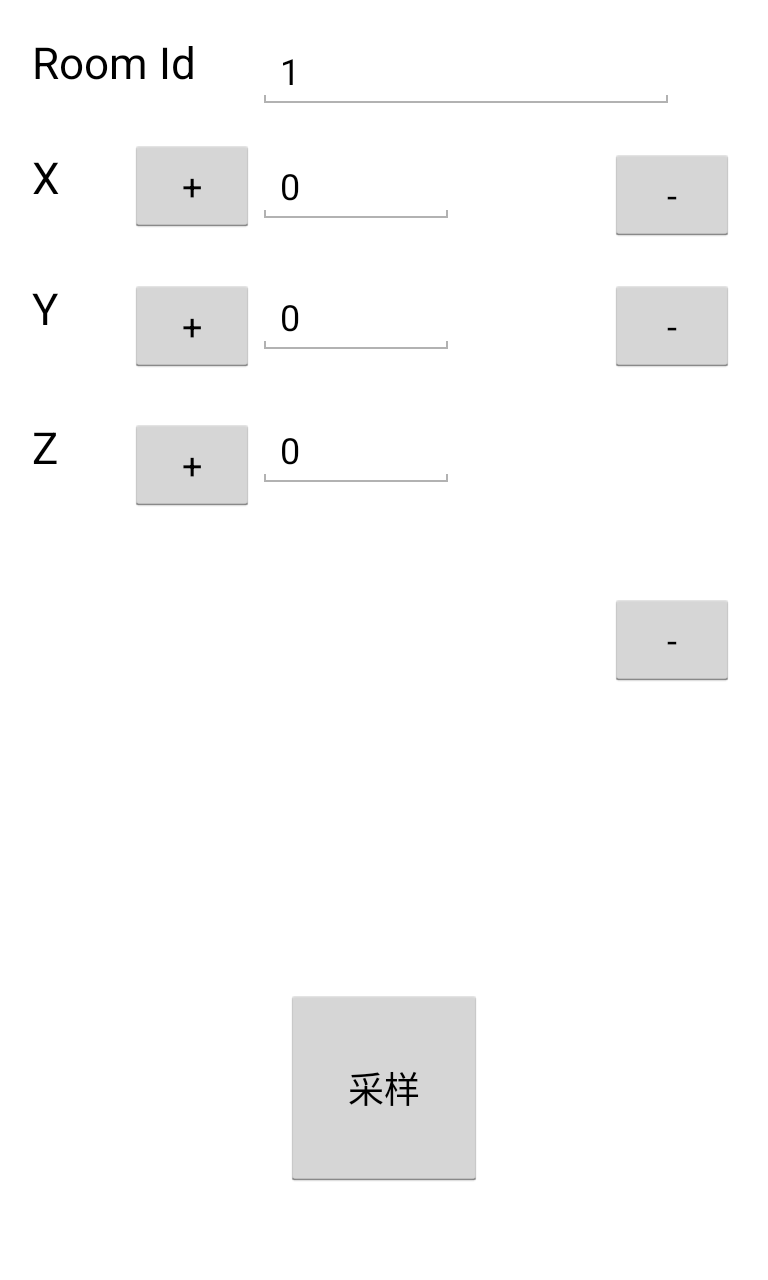
Repository: RenchuSong/tMap_Android
Layout: tmap_model_tool/res/layout/wifi_conllector.xml
An editor plug-in stored every save of this project. The layout is shown before and after a run of saves, followed by the edit.
It is drawn on a 768 x 1280 px phone screen (xhdpi) without system bars, with theme AppTheme; the app's code is not run.

Above is the layout before, as saved 2014-04-20 11:48:52.

### tmap_model_tool/res/layout/wifi_conllector.xml
<RelativeLayout xmlns:android="http://schemas.android.com/apk/res/android"
    xmlns:tools="http://schemas.android.com/tools"
    android:layout_width="match_parent"
    android:layout_height="match_parent"
    android:paddingBottom="@dimen/activity_vertical_margin"
    android:paddingLeft="@dimen/activity_horizontal_margin"
    android:paddingRight="@dimen/activity_horizontal_margin"
    android:paddingTop="@dimen/activity_vertical_margin"
    tools:context=".WifiCollector" >

    <TextView
        android:id="@+id/textView1"
        android:layout_width="wrap_content"
        android:layout_height="wrap_content"
        android:layout_alignParentLeft="true"
        android:layout_alignParentTop="true"
        android:text="Room Id"
        android:textAppearance="?android:attr/textAppearanceLarge" />

    <TextView
        android:id="@+id/textView2"
        android:layout_width="wrap_content"
        android:layout_height="wrap_content"
        android:layout_alignLeft="@+id/textView1"
        android:layout_below="@+id/textView1"
        android:layout_marginTop="28dp"
        android:text="X"
        android:textAppearance="?android:attr/textAppearanceLarge" />

    <TextView
        android:id="@+id/textView3"
        android:layout_width="wrap_content"
        android:layout_height="wrap_content"
        android:layout_alignLeft="@+id/textView2"
        android:layout_below="@+id/textView2"
        android:layout_marginTop="36dp"
        android:text="Y"
        android:textAppearance="?android:attr/textAppearanceLarge" />

    <TextView
        android:id="@+id/textView4"
        android:layout_width="wrap_content"
        android:layout_height="wrap_content"
        android:layout_alignLeft="@+id/textView3"
        android:layout_below="@+id/textView3"
        android:layout_marginTop="40dp"
        android:text="Z"
        android:textAppearance="?android:attr/textAppearanceLarge" />

    <EditText
        android:id="@+id/roomId"
        android:layout_width="wrap_content"
        android:layout_height="wrap_content"
        android:layout_marginLeft="30dp"
        android:layout_toRightOf="@+id/textView1"
        android:ems="10"
        android:text="1" >

    </EditText>

    <EditText
        android:id="@+id/x"
        android:layout_width="100dp"
        android:layout_height="wrap_content"
        android:layout_alignLeft="@+id/roomId"
        android:layout_alignTop="@+id/textView2"
        android:ems="10"
        android:text="0"  />

    <EditText
        android:id="@+id/y"
        android:layout_width="100dp"
        android:layout_height="wrap_content"
        android:layout_alignLeft="@+id/x"
        android:layout_alignTop="@+id/textView3"
        android:ems="10"
        android:text="0" >

    </EditText>

    <EditText
        android:id="@+id/z"
        android:layout_width="100dp"
        android:layout_height="wrap_content"
        android:layout_alignBaseline="@+id/textView4"
        android:layout_alignBottom="@+id/textView4"
        android:layout_alignLeft="@+id/y"
        android:ems="10"
        android:text="0" />

    <Button
        android:id="@+id/scan"
        android:layout_width="100dp"
        android:layout_height="100dp"
        android:layout_alignParentBottom="true"
        android:layout_centerHorizontal="true"
        android:layout_marginBottom="30dp"
        android:text="采样" />

    <Button
        android:id="@+id/up_x"
        android:layout_width="wrap_content"
        android:layout_height="wrap_content"
        android:layout_alignBaseline="@+id/x"
        android:layout_alignBottom="@+id/x"
        android:layout_toLeftOf="@+id/x"
        android:text="+" />

    <Button
        android:id="@+id/up_y"
        android:layout_width="wrap_content"
        android:layout_height="wrap_content"
        android:layout_alignLeft="@+id/up_x"
        android:layout_alignTop="@+id/y"
        android:text="+" />

    <Button
        android:id="@+id/up_z"
        android:layout_width="wrap_content"
        android:layout_height="wrap_content"
        android:layout_alignLeft="@+id/up_y"
        android:layout_alignTop="@+id/textView4"
        android:text="+" />

    <Button
        android:id="@+id/down_x"
        android:layout_width="wrap_content"
        android:layout_height="wrap_content"
        android:layout_alignParentRight="true"
        android:layout_alignTop="@+id/x"
        android:text="-" />

    <Button
        android:id="@+id/down_y"
        android:layout_width="wrap_content"
        android:layout_height="wrap_content"
        android:layout_alignParentRight="true"
        android:layout_alignTop="@+id/y"
        android:text="-" />

    <Button
        android:id="@+id/down_z"
        android:layout_width="wrap_content"
        android:layout_height="wrap_content"
        android:layout_alignParentRight="true"
        android:layout_centerVertical="true"
        android:text="-" />

</RelativeLayout>

Loaded but not shown: tmap_model_tool/res/values/styles.xml (common file); tmap_model_tool/res/values-v11/styles.xml (common file); tmap_model_tool/res/values-v14/styles.xml (common file); tmap_model_tool/res/values/dimens.xml (common file)

After the next 2 saves:
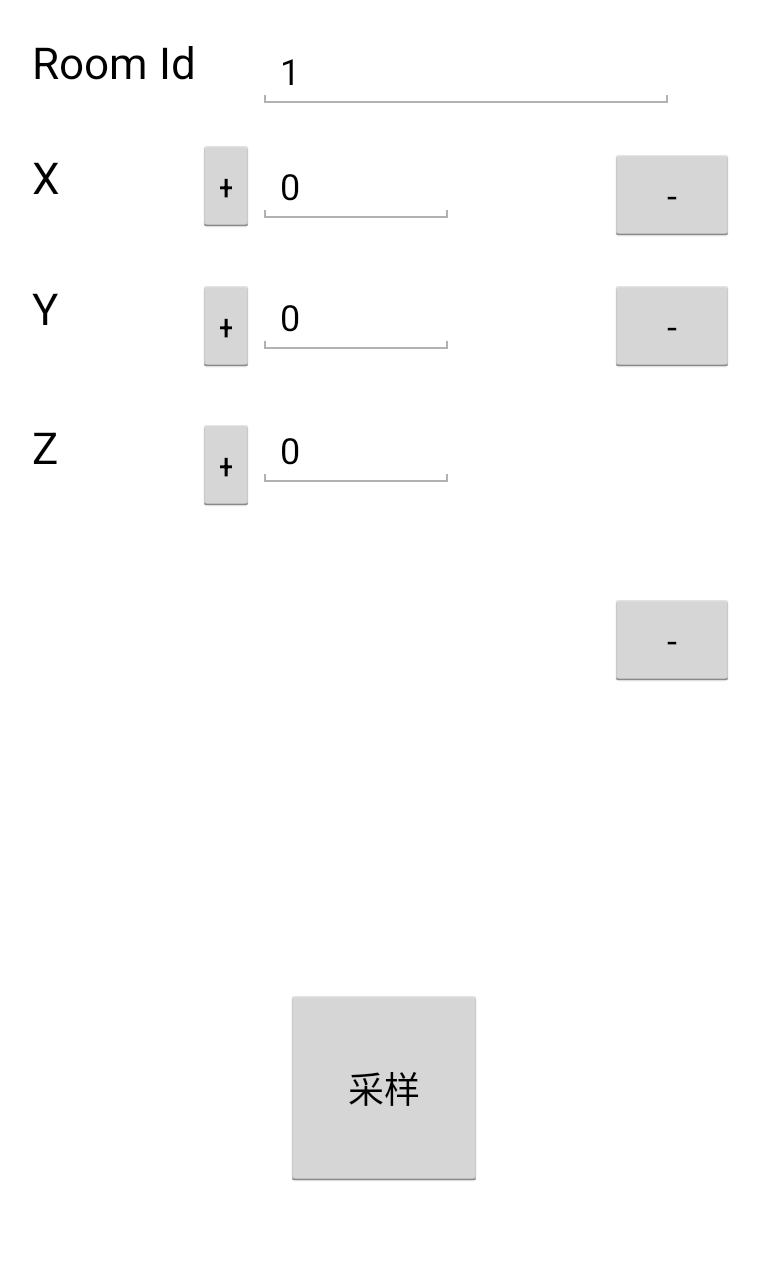
The 2 saves are shown as one change because 1 did not build or start.
The last was saved 4 min 6 s later.
--- a/tmap_model_tool/res/layout/wifi_conllector.xml
+++ b/tmap_model_tool/res/layout/wifi_conllector.xml
@@ -99,7 +99,7 @@
 
     <Button
         android:id="@+id/up_x"
-        android:layout_width="wrap_content"
+        android:layout_width="30dp"
         android:layout_height="wrap_content"
         android:layout_alignBaseline="@+id/x"
         android:layout_alignBottom="@+id/x"
@@ -108,7 +108,7 @@
 
     <Button
         android:id="@+id/up_y"
-        android:layout_width="wrap_content"
+        android:layout_width="30dp"
         android:layout_height="wrap_content"
         android:layout_alignLeft="@+id/up_x"
         android:layout_alignTop="@+id/y"
@@ -116,7 +116,7 @@
 
     <Button
         android:id="@+id/up_z"
-        android:layout_width="wrap_content"
+        android:layout_width="30dp"
         android:layout_height="wrap_content"
         android:layout_alignLeft="@+id/up_y"
         android:layout_alignTop="@+id/textView4"
